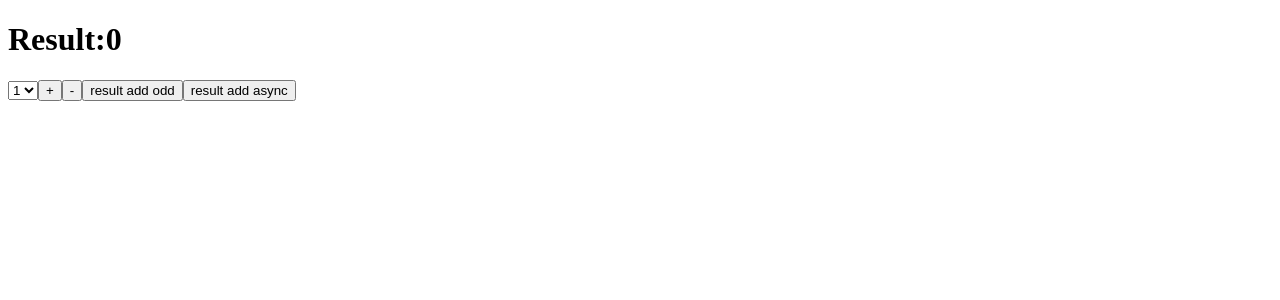
Repository: wenxi0504/React_redux220121
Page: / (app in redux_test/)
The author's editor kept a copy of each file at every save. The page is drawn from the files as they stood at one save, then again after the next save.
The browser window is 1280 px wide. The pictures show the whole page.
The project was rebuilt for these pictures with package versions that can differ from the ones it lists, and the page was loaded fresh each time.

Above is the page before, as saved 2022-01-21 23:35:26.

After the next save:
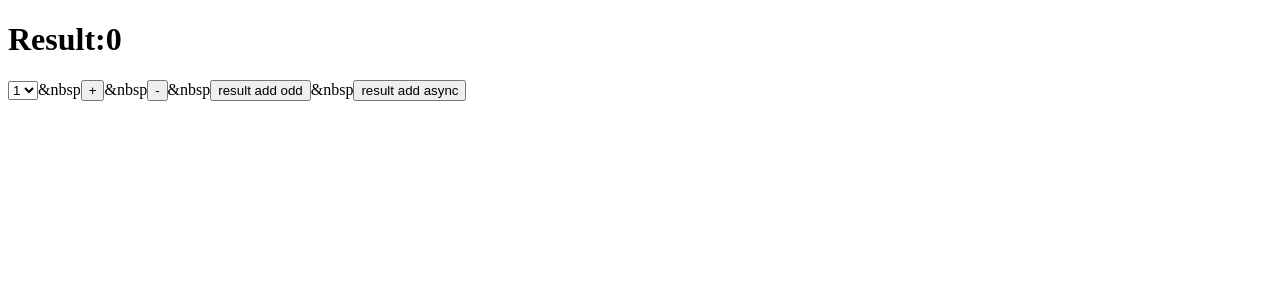
Saved 52 s later.
--- a/redux_test/src/component/Count/index.jsx
+++ b/redux_test/src/component/Count/index.jsx
@@ -8,10 +8,10 @@
         <option value="1">1</option>
         <option value="2">2</option>
         <option value="3">3</option>
-        </select>
-        <button>+</button>
-        <button>-</button>
-        <button>result add odd</button>
+        </select>&nbsp
+        <button>+</button>&nbsp
+        <button>-</button>&nbsp
+        <button>result add odd</button>&nbsp
         <button>result add async</button>
     </div>;
   }
